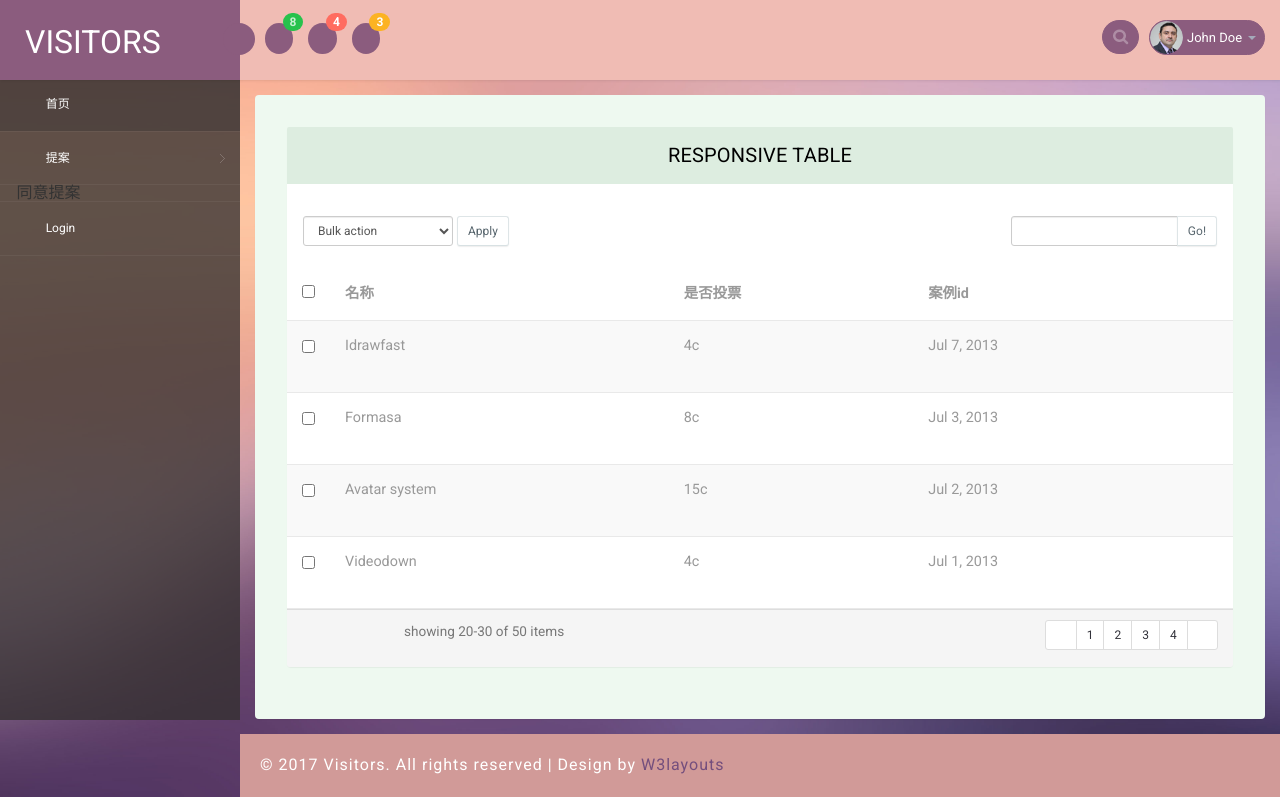
Repository: YU-YUEHAO/Lastwork
Page: DAPP/views/responsive_table.html
The author's editor kept a copy of each file at every save. The page is drawn from the files as they stood at one save, then again after the next save.
The browser window is 1280 px wide. The pictures show the whole page.
Some web fonts or font styles are not loaded; a fallback is used.

Above is the page before, as saved 2021-12-01 15:48:22.

### DAPP/views/responsive_table.html
<!--A Design by W3layouts
Author: W3layout
Author URL: http://w3layouts.com
License: Creative Commons Attribution 3.0 Unported
License URL: http://creativecommons.org/licenses/by/3.0/
-->
<!DOCTYPE html>
<head>
<title>Visitors an Admin Panel Category Bootstrap Responsive Website Template | Basic_table :: w3layouts</title>
<meta name="viewport" content="width=device-width, initial-scale=1">
<meta http-equiv="Content-Type" content="text/html; charset=utf-8" />
<meta name="keywords" content="Visitors Responsive web template, Bootstrap Web Templates, Flat Web Templates, Android Compatible web template,
Smartphone Compatible web template, free webdesigns for Nokia, Samsung, LG, SonyEricsson, Motorola web design" />
<script type="application/x-javascript"> addEventListener("load", function() { setTimeout(hideURLbar, 0); }, false); function hideURLbar(){ window.scrollTo(0,1); } </script>
<!-- bootstrap-css -->
<link rel="stylesheet" href="css/bootstrap.min.css" >
<!-- //bootstrap-css -->
<!-- Custom CSS -->
<link href="css/style.css" rel='stylesheet' type='text/css' />
<link href="css/style-responsive.css" rel="stylesheet"/>
<!-- font CSS -->
<link href='//fonts.googleapis.com/css?family=Roboto:400,100,100italic,300,300italic,400italic,500,500italic,700,700italic,900,900italic' rel='stylesheet' type='text/css'>
<!-- font-awesome icons -->
<link rel="stylesheet" href="css/font.css" type="text/css"/>
<link href="css/font-awesome.css" rel="stylesheet">
<!-- //font-awesome icons -->
<script src="js/jquery2.0.3.min.js"></script>
</head>
<body>
<section id="container">
<!--header start-->
<header class="header fixed-top clearfix">
<!--logo start-->
<div class="brand">

    <a href="index.html" class="logo">
        VISITORS
    </a>
    <div class="sidebar-toggle-box">
        <div class="fa fa-bars"></div>
    </div>
</div>
<!--logo end-->

<div class="nav notify-row" id="top_menu">
    <!--  notification start -->
    <ul class="nav top-menu">
        <!-- settings start -->
        <li class="dropdown">
            <a data-toggle="dropdown" class="dropdown-toggle" href="#">
                <i class="fa fa-tasks"></i>
                <span class="badge bg-success">8</span>
            </a>
            <ul class="dropdown-menu extended tasks-bar">
                <li>
                    <p class="">You have 8 pending tasks</p>
                </li>
                <li>
                    <a href="#">
                        <div class="task-info clearfix">
                            <div class="desc pull-left">
                                <h5>Target Sell</h5>
                                <p>25% , Deadline  12 June’13</p>
                            </div>
                                    <span class="notification-pie-chart pull-right" data-percent="45">
                            <span class="percent"></span>
                            </span>
                        </div>
                    </a>
                </li>
                <li>
                    <a href="#">
                        <div class="task-info clearfix">
                            <div class="desc pull-left">
                                <h5>Product Delivery</h5>
                                <p>45% , Deadline  12 June’13</p>
                            </div>
                                    <span class="notification-pie-chart pull-right" data-percent="78">
                            <span class="percent"></span>
                            </span>
                        </div>
                    </a>
                </li>
                <li>
                    <a href="#">
                        <div class="task-info clearfix">
                            <div class="desc pull-left">
                                <h5>Payment collection</h5>
                                <p>87% , Deadline  12 June’13</p>
                            </div>
                                    <span class="notification-pie-chart pull-right" data-percent="60">
                            <span class="percent"></span>
                            </span>
                        </div>
                    </a>
                </li>
                <li>
                    <a href="#">
                        <div class="task-info clearfix">
                            <div class="desc pull-left">
                                <h5>Target Sell</h5>
                                <p>33% , Deadline  12 June’13</p>
                            </div>
                                    <span class="notification-pie-chart pull-right" data-percent="90">
                            <span class="percent"></span>
                            </span>
                        </div>
                    </a>
                </li>

                <li class="external">
                    <a href="#">See All Tasks</a>
                </li>
            </ul>
        </li>
        <!-- settings end -->
        <!-- inbox dropdown start-->
        <li id="header_inbox_bar" class="dropdown">
            <a data-toggle="dropdown" class="dropdown-toggle" href="#">
                <i class="fa fa-envelope-o"></i>
                <span class="badge bg-important">4</span>
            </a>
            <ul class="dropdown-menu extended inbox">
                <li>
                    <p class="red">You have 4 Mails</p>
                </li>
                <li>
                    <a href="#">
                        <span class="photo"><img alt="avatar" src="images/3.png"></span>
                                <span class="subject">
                                <span class="from">Jonathan Smith</span>
                                <span class="time">Just now</span>
                                </span>
                                <span class="message">
                                    Hello, this is an example msg.
                                </span>
                    </a>
                </li>
                <li>
                    <a href="#">
                        <span class="photo"><img alt="avatar" src="images/1.png"></span>
                                <span class="subject">
                                <span class="from">Jane Doe</span>
                                <span class="time">2 min ago</span>
                                </span>
                                <span class="message">
                                    Nice admin template
                                </span>
                    </a>
                </li>
                <li>
                    <a href="#">
                        <span class="photo"><img alt="avatar" src="images/3.png"></span>
                                <span class="subject">
                                <span class="from">Tasi sam</span>
                                <span class="time">2 days ago</span>
                                </span>
                                <span class="message">
                                    This is an example msg.
                                </span>
                    </a>
                </li>
                <li>
                    <a href="#">
                        <span class="photo"><img alt="avatar" src="images/2.png"></span>
                                <span class="subject">
                                <span class="from">Mr. Perfect</span>
                                <span class="time">2 hour ago</span>
                                </span>
                                <span class="message">
                                    Hi there, its a test
                                </span>
                    </a>
                </li>
                <li>
                    <a href="#">See all messages</a>
                </li>
            </ul>
        </li>
        <!-- inbox dropdown end -->
        <!-- notification dropdown start-->
        <li id="header_notification_bar" class="dropdown">
            <a data-toggle="dropdown" class="dropdown-toggle" href="#">

                <i class="fa fa-bell-o"></i>
                <span class="badge bg-warning">3</span>
            </a>
            <ul class="dropdown-menu extended notification">
                <li>
                    <p>Notifications</p>
                </li>
                <li>
                    <div class="alert alert-info clearfix">
                        <span class="alert-icon"><i class="fa fa-bolt"></i></span>
                        <div class="noti-info">
                            <a href="#"> Server #1 overloaded.</a>
                        </div>
                    </div>
                </li>
                <li>
                    <div class="alert alert-danger clearfix">
                        <span class="alert-icon"><i class="fa fa-bolt"></i></span>
                        <div class="noti-info">
                            <a href="#"> Server #2 overloaded.</a>
                        </div>
                    </div>
                </li>
                <li>
                    <div class="alert alert-success clearfix">
                        <span class="alert-icon"><i class="fa fa-bolt"></i></span>
                        <div class="noti-info">
                            <a href="#"> Server #3 overloaded.</a>
                        </div>
                    </div>
                </li>

            </ul>
        </li>
        <!-- notification dropdown end -->
    </ul>
    <!--  notification end -->
</div>
<div class="top-nav clearfix">
    <!--search & user info start-->
    <ul class="nav pull-right top-menu">
        <li>
            <input type="text" class="form-control search" placeholder=" Search">
        </li>
        <!-- user login dropdown start-->
        <li class="dropdown">
            <a data-toggle="dropdown" class="dropdown-toggle" href="#">
                <img alt="" src="images/2.png">
                <span class="username">John Doe</span>
                <b class="caret"></b>
            </a>
            <ul class="dropdown-menu extended logout">
                <li><a href="#"><i class=" fa fa-suitcase"></i>Profile</a></li>
                <li><a href="#"><i class="fa fa-cog"></i> Settings</a></li>
                <li><a href="login.html"><i class="fa fa-key"></i> Log Out</a></li>
            </ul>
        </li>
        <!-- user login dropdown end -->

    </ul>
    <!--search & user info end-->
</div>
</header>
<!--header end-->
<!--sidebar start-->
<aside>
    <div id="sidebar" class="nav-collapse">
        <!-- sidebar menu start-->
        <div class="leftside-navigation">
            <ul class="sidebar-menu" id="nav-accordion">
                <li>
                    <a class="active" href="http://localhost:3000/index2">
                        <i class="fa fa-dashboard"></i>
                        <span>首页</span>
                    </a>
                </li>

                <li class="sub-menu">
                    <a href="javascript:;">
                        <i class="fa fa-th"></i>
                        <span>提案</span>
                    </a>
                    <ul class="sub">
                        <li><a href="http://localhost:3000/basic_table">发起提案</a></li>
                        <li><a href="http://localhost:3000/responsive_table">查看提案</a></li>
                    </ul>
                </li>
                <li class="sub-menu">

                        <i class="fa fa-tasks"></i>
                        <span>同意提案</span>

                    <ul class="sub">

                        <li><a href="form_validation.html">操作</a></li>

                    </ul>
                </li>
                <li>
                    <a href="login.html">
                        <i class="fa fa-user"></i>
                        <span>Login</span>
                    </a>
                </li>
            </ul>            </div>
        <!-- sidebar menu end-->
    </div>
</aside>
<!--sidebar end-->
<!--main content start-->
<section id="main-content">
	<section class="wrapper">
		<div class="table-agile-info">
  <div class="panel panel-default">
    <div class="panel-heading">
      Responsive Table
    </div>
    <div class="row w3-res-tb">
      <div class="col-sm-5 m-b-xs">
        <select class="input-sm form-control w-sm inline v-middle">
          <option value="0">Bulk action</option>
          <option value="1">Delete selected</option>
          <option value="2">Bulk edit</option>
          <option value="3">Export</option>
        </select>
        <button class="btn btn-sm btn-default">Apply</button>
      </div>
      <div class="col-sm-4">
      </div>
      <div class="col-sm-3">
        <div class="input-group">
          <input type="text" class="input-sm form-control" placeholder="Search">
          <span class="input-group-btn">
            <button class="btn btn-sm btn-default" type="button">Go!</button>
          </span>
        </div>
      </div>
    </div>
    <div class="table-responsive">
      <table class="table table-striped b-t b-light">
        <thead>
          <tr>
            <th style="width:20px;">
              <label class="i-checks m-b-none">
                <input type="checkbox"><i></i>
              </label>
            </th>
            <th>名称</th>
            <th>是否投票</th>
            <th>案例id</th>
            <th style="width:30px;"></th>
          </tr>
        </thead>
        <tbody>

          <tr>
            <td><label class="i-checks m-b-none"><input type="checkbox" name="post[]"><i></i></label></td>
            <td>Idrawfast</td>
            <td>4c</td>
            <td>Jul 7, 2013</td>
            <td>
              <a href="" class="active" ui-toggle-class=""><i class="fa fa-check text-success text-active"></i><i class="fa fa-times text-danger text"></i></a>
            </td>
          </tr>
          <tr>
            <td><label class="i-checks m-b-none"><input type="checkbox" name="post[]"><i></i></label></td>
            <td>Formasa</td>
            <td>8c</td>
            <td>Jul 3, 2013</td>
            <td>
              <a href="" class="active" ui-toggle-class=""><i class="fa fa-check text-success text-active"></i><i class="fa fa-times text-danger text"></i></a>
            </td>
          </tr>
          <tr>
            <td><label class="i-checks m-b-none"><input type="checkbox" name="post[]"><i></i></label></td>
            <td>Avatar system</td>
            <td>15c</td>
            <td>Jul 2, 2013</td>
            <td>
              <a href="" class="active" ui-toggle-class=""><i class="fa fa-check text-success text-active"></i><i class="fa fa-times text-danger text"></i></a>
            </td>
          </tr>
          <tr>
            <td><label class="i-checks m-b-none"><input type="checkbox" name="post[]"><i></i></label></td>
            <td>Videodown</td>
            <td>4c</td>
            <td>Jul 1, 2013</td>
            <td>
              <a href="" class="active" ui-toggle-class=""><i class="fa fa-check text-success text-active"></i><i class="fa fa-times text-danger text"></i></a>
            </td>
          </tr>
        </tbody>
      </table>
    </div>
    <footer class="panel-footer">
      <div class="row">

        <div class="col-sm-5 text-center">
          <small class="text-muted inline m-t-sm m-b-sm">showing 20-30 of 50 items</small>
        </div>
        <div class="col-sm-7 text-right text-center-xs">
          <ul class="pagination pagination-sm m-t-none m-b-none">
            <li><a href=""><i class="fa fa-chevron-left"></i></a></li>
            <li><a href="">1</a></li>
            <li><a href="">2</a></li>
            <li><a href="">3</a></li>
            <li><a href="">4</a></li>
            <li><a href=""><i class="fa fa-chevron-right"></i></a></li>
          </ul>
        </div>
      </div>
    </footer>
  </div>
</div>
</section>
 <!-- footer -->
		  <div class="footer">
			<div class="wthree-copyright">
			  <p>© 2017 Visitors. All rights reserved | Design by <a href="http://w3layouts.com">W3layouts</a></p>
			</div>
		  </div>
  <!-- / footer -->
</section>

<!--main content end-->
</section>
<script src="js/bootstrap.js"></script>
<script src="js/jquery.dcjqaccordion.2.7.js"></script>
<script src="js/scripts.js"></script>
<script src="js/jquery.slimscroll.js"></script>
<script src="js/jquery.nicescroll.js"></script>
<!--[if lte IE 8]><script language="javascript" type="text/javascript" src="js/flot-chart/excanvas.min.js"></script><![endif]-->
<script src="js/jquery.scrollTo.js"></script>
</body>
</html>

### DAPP/public/css/style-responsive.css
@media (min-width: 768px) and (max-width: 980px) {
    /*-*/
    .prd-row .action {
        right: 25px;
    }

    .hr-menu .brand{
        width: 100%;
    }

    .hr-menu .horizontal-menu {
        margin: 10px 0;
    }

    .hr-menu .hr-top-nav {
        margin-top: 10px;
        float: right;
    }
    .media-gal .item {
        width: 100%;
    }

    .media-filter {
        margin: 25px 0;
    }
}

@media (min-width: 480px) and (max-width: 767px) {
  .header{
    position: relative! important;
    margin-top: 80px ! important;
}
    .merge-header{
        margin-right: 0px !important;
    }
.brand{
    width: 100%;
    float: none;
    position: fixed;
    top: 0px;
    z-index: 1005;
}
    .sidebar-toggle-box{
        right: 10px;
    }
    .top-nav{
        margin-bottom: 20px;
    }
    .top-menu{
        margin-right: 10px;
    }
    .wrapper{
        margin-top: 0px;
    }
    ul.sidebar-menu {
        margin-top: 0px;
    }
    #sidebar{
        position: fixed !important;
        z-index: 1002;
        top: 80px;
    }
    #main-content{
        margin-left: 0px;
    }
    /*calendar*/
    .fc-button-inner {
        padding: 0;
    }
    /*-*/
    .prd-row .action {
        right: 25px;
    }

    .weather-full-info ul li {
        width: 15.8%;
    }

    .today-status {
        margin-bottom: 10px;
    }

    .hr-toggle {
        background: #32D2C9;
        color: rgba(0, 0, 0, 0.3);
        border-radius: 50%;
        -webkit-border-radius: 50%;
        height: 30px;
        line-height: 0;
        margin-top: -58px;
        position: fixed;
        right: 10px;
        width: 30px;
        z-index: 10000;
    }

    .hr-top-nav {
        display: inline-block;
        float: right;
        margin: 10px 0;
    }

    .horizontal-menu {
        width: 100%;
    }

    .horizontal-menu .navbar-nav > li {
        margin-bottom: 10px;
    }
    .lock-wrapper {
        padding: 0 20px;
    }

    .lock-wrapper img {
        width: 140px;
        height: 140px;
        margin-top: 10px;
    }

    .lock-pwd input {
        width: 70%;
    }

    #time {
        font-size: 100px;
    }
    .media-gal .item {
        width: 100%;
    }
    .media-filter {
        margin: 25px 0;
    }

    .media-filter + .pull-right, .media-filter + .pull-right + .btn  {
        float: left !important;
    }


}
@media (max-width:767px){

    .fixed-width #container, .fixed-width #container .header {
        width: 100%;
    }

    #sidebar{
        margin-left:-240px;
        -webkit-transition:all .3s ease-in-out;
        -moz-transition:all .3s ease-in-out;
        -o-transition:all .3s ease-in-out;
        transition:all .3s ease-in-out;
    }
    .hide-left-bar {
        margin-left:0px!important;
    }
    ul.sidebar-menu{
        padding-top: 0px;
    }
    /*-*/
    .prd-row .action {
        right: 25px;
    }
    .lock-wrapper {
        padding: 0 20px;
    }
    .lock-wrapper img {
        width: 140px;
        height: 140px;
        margin-top: 10px;
    }
    .lock-pwd input {
        width: 70%;
    }

    #time {
        font-size: 100px;
    }

    .media-gal .item {
        width: 100%;
    }
    .media-filter {
        margin: 25px 0;
    }

    .media-filter + .pull-right, .media-filter + .pull-right + .btn  {
        float: left !important;
    }

}
@media (max-width: 479px) {
    body{
        margin-top:80px !important;
    }
    .header{
        position: relative !important;

    }
    .merge-header{
        margin-right: 0px !important;
    }
    .brand{
        width: 100%;
        float: none;
        position: fixed;
        top: 0px;
        z-index: 1005;
    }
    .sidebar-toggle-box{
        right: 10px;
    }
    .top-nav{
        margin-bottom: 20px;
    }
    .top-menu{
        margin-right: 10px;
    }
    .wrapper{
        margin-top: 0px;
    }
    ul.sidebar-menu {
        margin-top: 0px;
    }
    #sidebar{
        position: fixed !important;
        z-index: 1002;
        top: 80px;
    }
    #main-content{
        margin-left: 0px;
    }
    .notify-row{
        float: none;
    }
    /*calendar*/
    .fc-button-inner, .fc-button-content {
        padding: 0;
    }
    .fc-header-title h2 {
        font-size: 12px!important;
    }
    .fc .fc-header-space {
        padding-left: 0;
    }
    .fc-state-active, .fc-state-active .fc-button-inner, .fc-state-active, .fc-button-today .fc-button-inner, .fc-state-hover, .fc-state-hover .fc-button-inner {
        background: none repeat scroll 0 0 #FFFFFF !important;
        color: #32323A !important;
    }
    .fc-state-default, .fc-state-default .fc-button-inner {
        background: none repeat scroll 0 0 #FFFFFF !important;
    }

    /*-*/
    .prd-row .action {
        right: 25px;
    }

    .weather-full-info ul li {
        width: 30%;
        margin-bottom: 10px;
    }

    .today-status {
        margin-bottom: 10px;
    }

    .hr-toggle {
        background: #32D2C9;
        color: rgba(0, 0, 0, 0.3);
        border-radius: 50%;
        -webkit-border-radius: 50%;
        height: 30px;
        line-height: 0;
        margin-top: -58px;
        position: fixed;
        right: 10px;
        width: 30px;
        z-index: 10000;
    }

    .hr-top-nav {
        display: inline-block;
        float: right;
        margin: 10px 0;
    }
    .horizontal-menu {
        width: 100%;
    }

    .horizontal-menu .navbar-nav > li {
        margin-bottom: 10px;
    }

    .lock-wrapper {
        padding: 0 20px;
    }
    .lock-wrapper img {
        width: 100px;
        height: 100px;
        margin-top: -25px;
    }

    .lock-pwd input {
        width: 70%;
    }

    #time {
        font-size: 50px;
    }

    .lock-pwd {
        padding: 0;
    }

    .media-gal .item {
        width: 100%;
    }

    .media-filter {
        margin: 5px 0;
    }

    .media-filter + .pull-right, .media-filter + .pull-right + .btn  {
        float: left !important;
    }

    .media-filter li a {
        margin-bottom: 10px;
        display: inline-block;
    }
}

Loaded but not shown: DAPP/public/css/bootstrap.min.css (library); DAPP/public/css/font.css (library); DAPP/public/css/font-awesome.css (library); DAPP/public/javascripts/jquery2.0.3.min.js (library); DAPP/public/javascripts/bootstrap.js (library); DAPP/public/javascripts/jquery.dcjqaccordion.2.7.js (library); DAPP/public/javascripts/jquery.slimscroll.js (library); DAPP/public/javascripts/jquery.nicescroll.js (library); DAPP/public/javascripts/jquery.scrollTo.js (library); DAPP/public/javascripts/scripts.js (290 lines, source omitted); DAPP/public/css/style.css (3146 lines, source omitted)

After the next save:
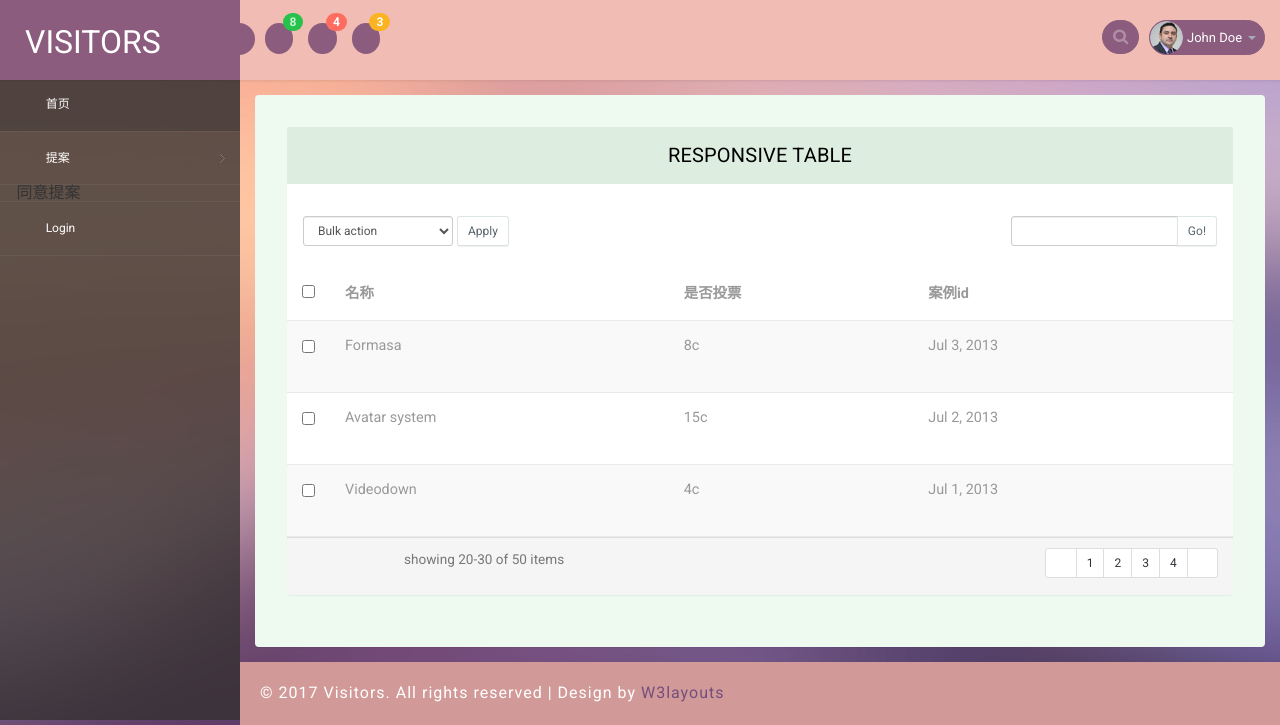
Saved 2 s later.
--- a/DAPP/views/responsive_table.html
+++ b/DAPP/views/responsive_table.html
@@ -337,15 +337,7 @@ Smartphone Compatible web template, free webdesigns for Nokia, Samsung, LG, Sony
         </thead>
         <tbody>
 
-          <tr>
-            <td><label class="i-checks m-b-none"><input type="checkbox" name="post[]"><i></i></label></td>
-            <td>Idrawfast</td>
-            <td>4c</td>
-            <td>Jul 7, 2013</td>
-            <td>
-              <a href="" class="active" ui-toggle-class=""><i class="fa fa-check text-success text-active"></i><i class="fa fa-times text-danger text"></i></a>
-            </td>
-          </tr>
+
           <tr>
             <td><label class="i-checks m-b-none"><input type="checkbox" name="post[]"><i></i></label></td>
             <td>Formasa</td>
